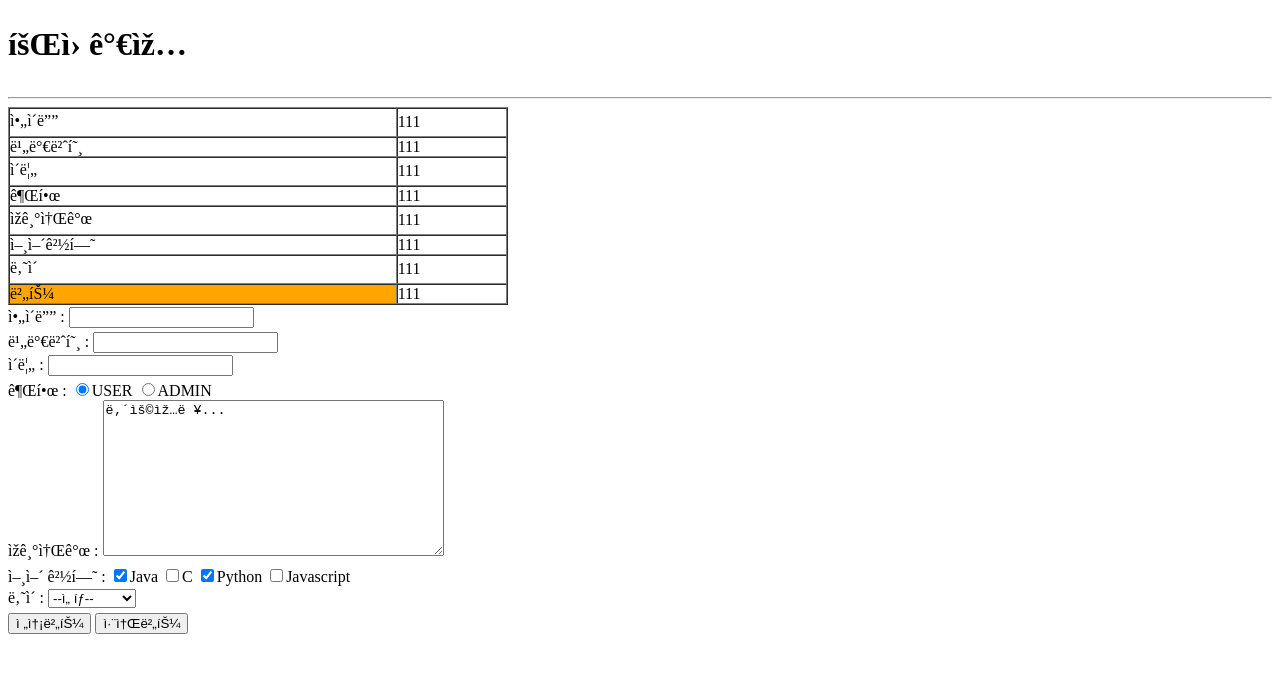
Repository: serim53/JSPStudy
Page: http://localhost/BoardWeb_JSP_/insertUser.jsp
An editor plug-in stored every save of this project. The page is shown before and after the next save, followed by the edit.
The browser window is 1280 px wide. The pictures show the whole page.
The page is served by Tomcat 10.

Above is the page before, as saved 2025-07-08 05:04:04.

After the next save:
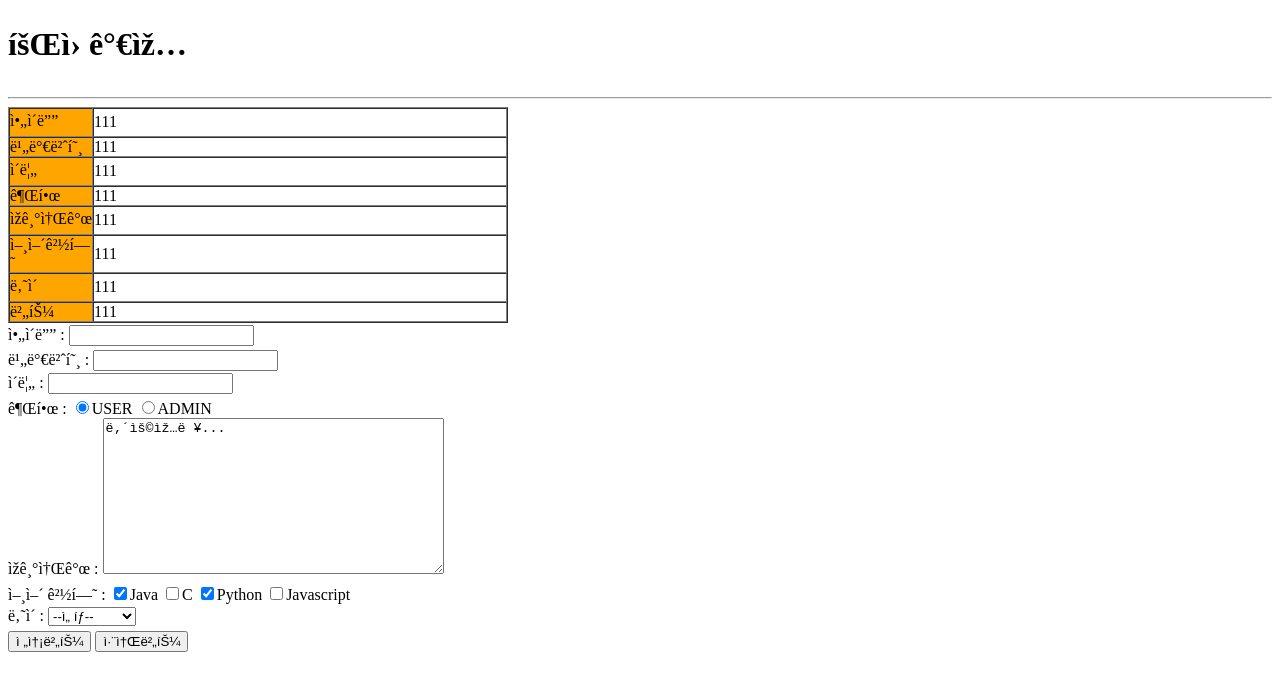
Saved 18 s later.
--- a/BoardWeb(JSP)/src/main/webapp/insertUser.jsp
+++ b/BoardWeb(JSP)/src/main/webapp/insertUser.jsp
@@ -11,31 +11,31 @@
 
 <table border="1" cellpadding="0" cellspacing="0" width="500">
 	<tr>
-		<td>아이디</td>
+		<td bgcolor="orange" width="70">아이디</td>
 		<td>111</td>
 	</tr>
 	<tr>
-		<td>비밀번호</td>
+		<td bgcolor="orange">비밀번호</td>
 		<td>111</td>
 	</tr>
 	<tr>
-		<td>이름</td>
+		<td bgcolor="orange">이름</td>
 		<td>111</td>
 	</tr>
 	<tr>
-		<td>권한</td>
+		<td bgcolor="orange">권한</td>
 		<td>111</td>
 	</tr>
 	<tr>
-		<td>자기소개</td>
+		<td bgcolor="orange">자기소개</td>
 		<td>111</td>
 	</tr>
 	<tr>
-		<td>언어경험</td>
+		<td bgcolor="orange">언어경험</td>
 		<td>111</td>
 	</tr>
 	<tr>
-		<td>나이</td>
+		<td bgcolor="orange">나이</td>
 		<td>111</td>
 	</tr>
 	<tr>
